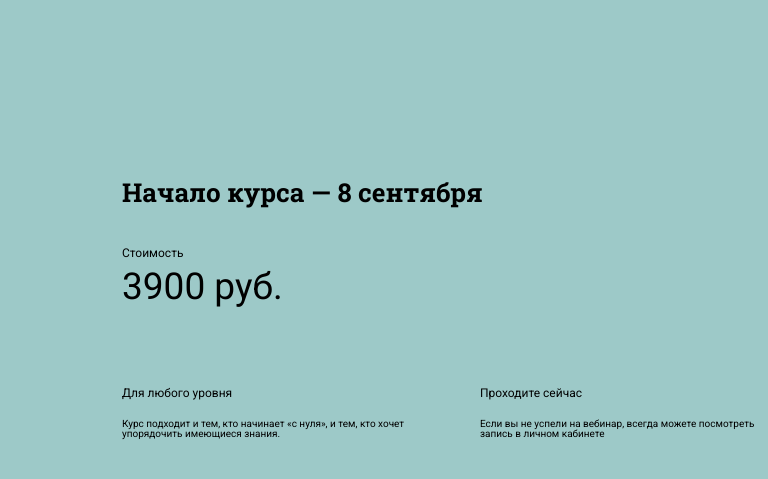
Repository: SabrinaSeydaliyeva/Task3
Page: index.html
These files come from the project's save history. The page is drawn as it stood at one moment and after a run of saves; the edit follows.
The browser window is 768 px wide. The pictures show the whole page.

Above is the page before, as saved 2023-05-16 16:10:02.

After the next 4 saves:
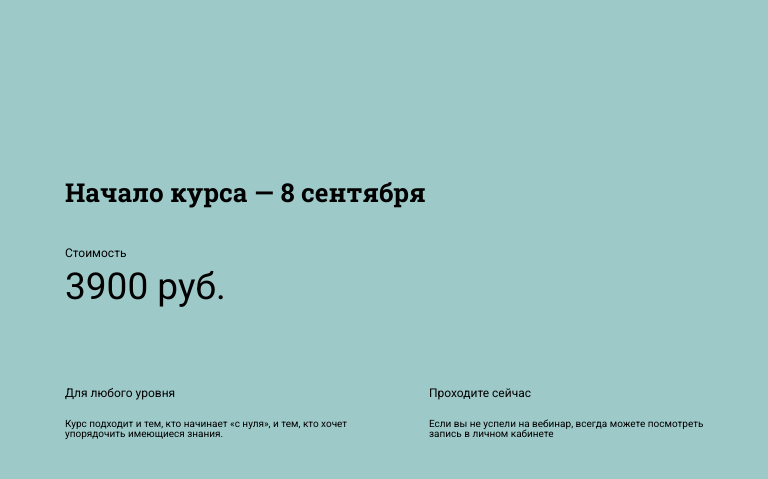
The 4 saves are shown as one change because they came seconds apart.
The last was saved 88 s later.
--- a/index.css
+++ b/index.css
@@ -112,6 +112,12 @@ li:nth-child(1) {
 @media screen and (max-width: 768px) {
 
     /* mobile */
+    .container {
+        padding-left: 65px;
+        padding-top: 179px;
+
+
+    }
     .title-h1 {
         font-size: 26px;
     }
